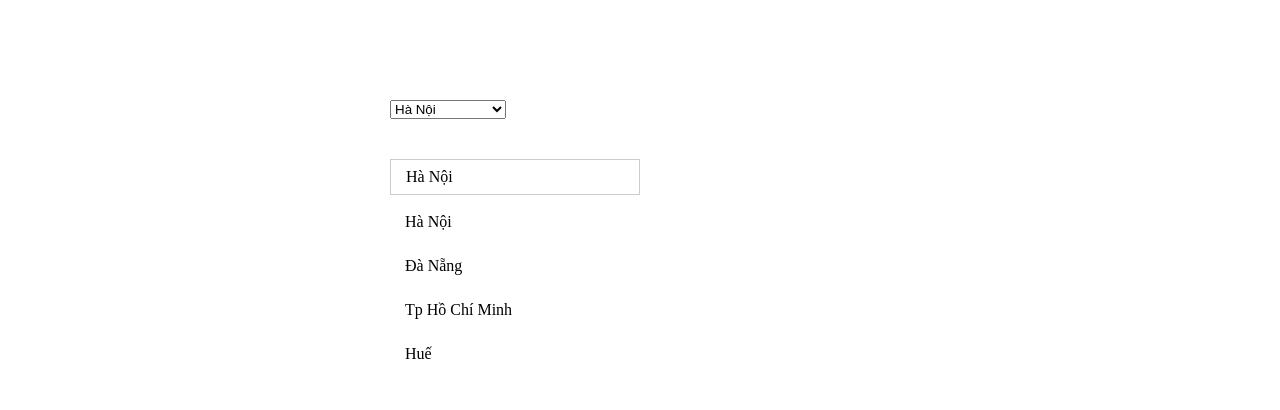
Repository: khanhbinh87/learnJs
Page: customSelect/index.html
The author's editor kept a copy of each file at every save. The page is drawn from the files as they stood at one save, then again after the next save.
The browser window is 1280 px wide. The pictures show the whole page.

Above is the page before, as saved 2021-06-16 14:12:07.

### customSelect/index.html
<!DOCTYPE html>
<html lang="en">
<head>
    <meta charset="UTF-8">
    <meta name="viewport" content="width=device-width, initial-scale=1.0">
    <title>Document</title>
    <link rel="stylesheet" href="style.css">
</head>
<body>
        <form action="">
            <select name="" id="" class="custom-select">
                <option value="hanoi">Hà Nội</option>
                <option value="danang" >Đà Nẵng</option>
                <option value="tphcm">Tp Hồ Chí Minh</option>
                <option value="hue" >Huế</option>
            </select>
            <!-- <div class="wrapper-selected">
                <div class="selected" my-value="">Text tam thoi</div>
                <ul class="list-options">
                    <li my-value="hanoi">Hà Nội</li>
                    <li my-value="danang">Đà Nẵng</li>
                    <li my-value="tphcm">Tp Hồ Chí Minh</li>
                    <li my-value="hue">Huế</li>
                </ul>
            </div> -->
        </form>
        <script src="main.js"></script>
</body>
</html>

### customSelect/style.css
*{
    margin: 0;
    padding: 0;
    box-sizing: border-box;
}
form{
    margin:50px auto;
    width: 500px;
}
body{
    padding: 50px;
}
.custom-select {
    margin-bottom: 40px;

}
.selected{
    margin-bottom: 10px;
}
ul li + li{
    margin-top: 10px;
}
.wrapper-selected{
    width: 250px;
}
.wrapper-selected > .selected{
    border:1px solid #ccc;
    padding: 8px 15px;
}
.wrapper-selected > .list-options{
    list-style: none;
}
.wrapper-selected > .list-options > li{
    padding: 8px 15px;
    background-color: ;
}

### customSelect/main.js
//tao div
//tao class
//tao div rong
//tao my-value
//tao text

var select = document.querySelector('.custom-select');
if(select){
    var listOptions = Array.from(select.querySelectorAll('option'))

    //tao div bao
    var divWrapper  = document.createElement('div');
        divWrapper.classList.add('wrapper-selected');

    //tao div select
    var divSelected = document.createElement('div');
        divSelected.classList.add('selected');


        if(listOptions.length > 0){
            divSelected.setAttribute('my-value',listOptions[0].getAttribute('value'))
            divSelected.innerText = listOptions[0].innerText

        }

    //tao ul li
    var ulElement = document.createElement('ul');
        ulElement.classList.add('list-options')

    //duyet tung listOptions
    listOptions.forEach(function(optionEl,index){
        var valueOption = optionEl.getAttribute('value');
        var textOption  = optionEl.innerText;

        //check co selected hay ko de tjay doi
        if(optionEl.getAttribute('selected') !== null){
            divSelected.setAttribute('my-value',valueOption)
            divSelected.innerText = textOption;
        }

        var liElement = document.createElement('li');
            liElement.setAttribute('my-value',valueOption);
            liElement.innerText = textOption;

            liElement.addEventListener('click',function(e){

                divSelected.setAttribute('my-value',this.getAttribute('my-value'));
                divSelected.innerText = this.innerText;


                var selectString = `option[value=${this.getAttribute('my-value')}]`


                if(select.querySelector('option[selected]')){
                    select.querySelector('option[selected]').removeAttribute('selected')
                }

                select.querySelector(selectString).setAttribute('selected',true);

                //listOptions[index].setAttribute('selected',true)
                // selectString.setAttribute('selected',true)

            })
            ulElement.append(liElement)

    })

    //appending
    divWrapper.append(divSelected);
    divWrapper.append(ulElement);
    document.body.appendChild(divWrapper);


    //chen div wrapper vao truoc hoac sau
    select.parentNode.insertBefore(divWrapper,select.nextSibling);

}

After the next save:
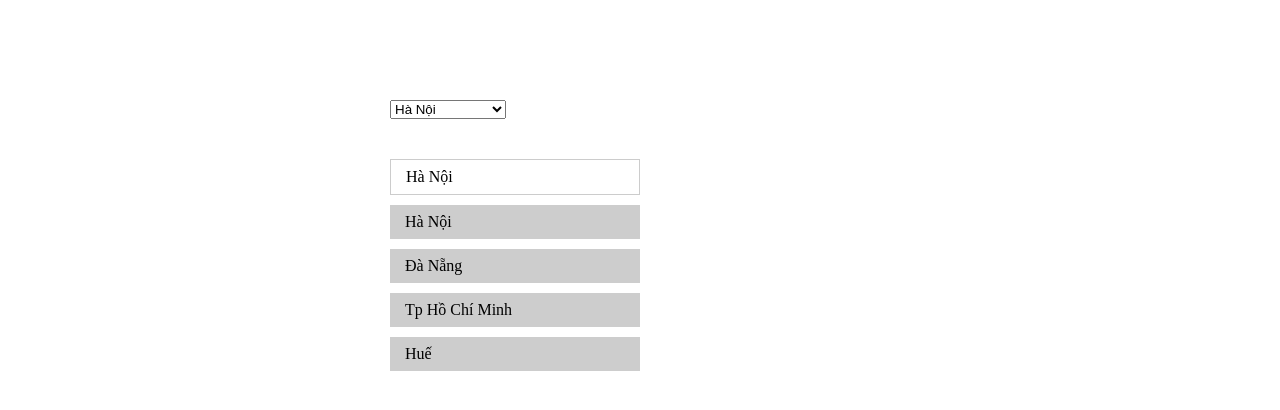
Saved 4 s later.
--- a/customSelect/style.css
+++ b/customSelect/style.css
@@ -32,5 +32,5 @@ ul li + li{
 }
 .wrapper-selected > .list-options > li{
     padding: 8px 15px;
-    background-color: ;
+    background-color: #cdcdcd;
 }
